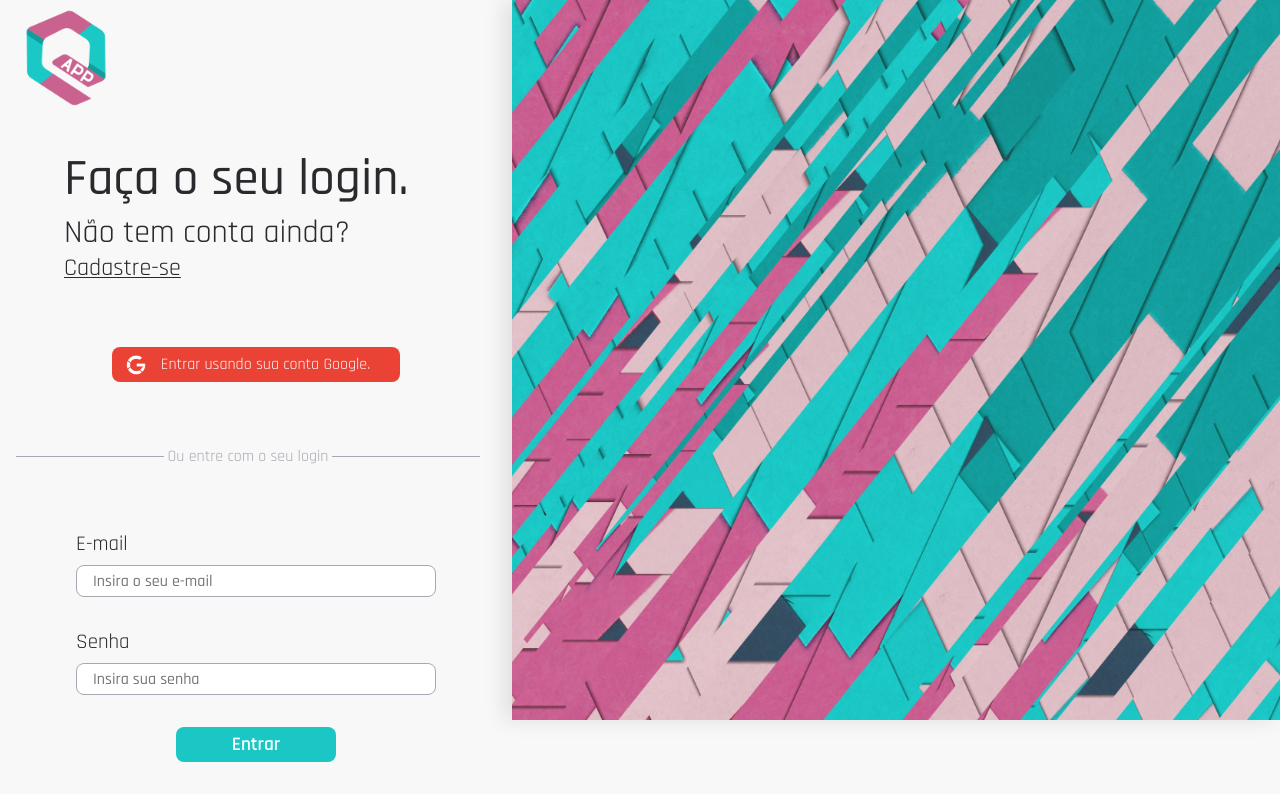
Repository: kika-cavalher/qapp-web
Page: /
These files come from the project's save history. The page is drawn as it stood at one moment and after the next save; the edit follows.
The browser window is 1280 px wide. The pictures show the whole page.
The page's requests for data from a server got no answer. The project was rebuilt for these pictures with package versions that can differ from the ones it lists, and the page was loaded fresh each time. No one was signed in, and anything a server would have sent is missing.

Above is the page before, as saved 2022-02-26 19:27:32.

### public/index.html
<!DOCTYPE html>
<html lang="en">
  <head>
    <meta charset="utf-8" />
    <meta name="viewport" content="width=device-width, initial-scale=1" />

    <link rel="preconnect" href="https://fonts.googleapis.com">
    <link rel="preconnect" href="https://fonts.gstatic.com" crossorigin>
    <link href="https://fonts.googleapis.com/css2?family=Rajdhani:wght@300;400;500;600;700&display=swap" rel="stylesheet">

    <title>QApp</title>
  </head>
  <body>
    <noscript>You need to enable JavaScript to run this app.</noscript>
    <div id="root"></div>
  </body>
</html>

### src/index.tsx
import React from 'react';
import ReactDOM from 'react-dom';
import App from './App';

import './styles/global/defaultStyles.scss';
import './services/firebase'


ReactDOM.render(
  <React.StrictMode>
    <App />
  </React.StrictMode>,
  document.getElementById('root')
);

### src/App.tsx
import { LoginPage } from "./pages/Login";

function App() {
  return (
   <LoginPage />
  );
}

export default App;

### src/styles/global/defaultStyles.scss
@import 'variables.scss';

* {
    margin: 0;
    padding: 0;
    box-sizing: border-box;
  }

  body {
    background: #f8f8f8;
    color: #29292e;
  }

  body, input, button, textarea {
    font: 400 16px 'Rajdhani', sans-serif;
  }

### src/services/firebase.ts
import { initializeApp } from "firebase/app";
import { getAuth } from "firebase/auth";
import { getFirestore } from 'firebase/firestore/lite';


const firebaseConfig = {
    apiKey: process.env.REACT_APP_API_KEY,
    authDomain: process.env.REACT_APP_AUTH_DOMAIN,
    databaseURL: process.env.REACT_APP_DATABASE_URL,
    projectId: process.env.REACT_APP_PROJECT_ID,
    storageBucket: process.env.REACT_APP_STORAGE_BUCKET,
    messagingSenderId: process.env.REACT_APP_MESSAGING_SENDER_ID,
    appId: process.env.REACT_APP_APP_ID
  };

const app = initializeApp(firebaseConfig);

export const auth = getAuth();
export const db = getFirestore(app);

### src/pages/Login.tsx
// import { Link } from 'react-router-dom'

import imgLogin from '../assets/images/imgLogin.jpg';
import logoQapp from '../assets/images/logoQapp.png';
import googleIconImg from '../assets/icon/googleIconImg.png';

import '../styles/pages/login.scss'

export function LoginPage() {
    return (
        <div id="page-login">
            <main>
                <div className='page-login--main__container'>
                    <div className='page-login--main__logo'>
                        <img id="img-logo" src={logoQapp} alt="Logo da empresa QApp" />
                    </div>
                    <div className='page-login--main__title'>
                        <h1>Faça o seu login.</h1>
                        <h2>Não tem conta ainda? </h2>
                        <p className='page-login--main__link-register'>
                        Cadastre-se
                        </p>
                        {/* <Link to="/">Cadastre-se</Link> */}
                    </div>
                    <div className='page-login--main__google'>
                        <button className='btn__google'>
                            <img id="img-icon__google" src={googleIconImg} alt="Logo da empresa QApp" />
                            <p>Entrar usando sua conta Google.</p>
                        </button>
                    </div>
                    <div className='page-login--main__divider'>
                        <div>Ou entre com o seu login</div>
                    </div>
                    <div className='page-login--main__login-forms'>
                        <form>
                            <div className='page-login--login-forms__name'>
                                <p>E-mail</p>
                                <input type="text" placeholder="Insira o seu e-mail"/>
                            </div>
                            <div className='page-login--login-forms__password'>
                                <p>Senha</p>
                                <input type="text" placeholder="Insira sua senha"/>
                            </div>
                            <div className='btn__send'>
                                <button type="submit">Entrar</button>
                            </div>
                        </form>
                    </div>
                </div>

                <div className='page-login--main__img'>
                    <img src={imgLogin} alt="Imagem decorativa na pagina" />
                </div>
            </main>
        </div>
    )
}

### src/styles/global/variables.scss
//cores
$white: #fff;
$white-offwhite: #f8f8f8;
$grey_border: #a8a8b3;
$dark-grey: #515158;


$turquoise: #1ac7c5;
$dark-greenish: #119d9c;
$dark-pink: #c86291;
$light-pink: #ddbcc3;

$red_google: #ea4335;

### src/styles/pages/login.scss
@import '../global/variables.scss';

#page-login {
    display: flex;
    height: 100vh;
    background: $white-offwhite;
}

main{
    display: flex;
    flex-direction: row;
}

.page-login--main__container {
    width: 40vw;
    display: flex;
    flex-direction: column;
    padding: 0 1rem;
}

.page-login--main__logo {

    #img-logo {
    width: 100px;
    margin-top: 0.5rem;
    }
}

.page-login--main__title {
    display: flex;
    flex-direction: column;
    margin: 2rem 3rem;

    h1 {
        font-size: 3.2rem;
        font-weight: 500;
    }

    h2 {
        font-size: 2rem;
        font-weight: 400;
    }

    .page-login--main__link-register {
        font-size: 1.5rem;
        font-weight: 400;
        text-decoration: underline 1px;
        text-underline-position: from-font;
        }
}

.page-login--main__google {
    display: flex;
    margin: 2rem 0;
    align-self: center;
    width: 18rem;

    .btn__google {
        display: flex;
        flex-direction: row;
        width: 100%;
        height: 35px;
        align-items: center;
        background: $red_google;
        color: $white-offwhite;
        border-radius: 8px;
        cursor: pointer;
        border: 0;
        transition: filter 0.2s;

        #img-icon__google {
            width: 20px;
            margin: 0 5%;
        }
    }
}

.page-login--main__divider {
    font-size: 1rem;
    color: $grey_border;

    margin: 2rem 1rem 2rem 0;
    display: flex;
    align-items: center;

    &::before {
      content: '';
      flex: 1;
      height: 1px;
      background: $grey_border;
      margin-right: 0.2rem;
    }

    &::after {
      content: '';
      flex: 1;
      height: 1px;
      background: $grey_border;
      margin-left: 0.2rem;
    }
}

.page-login--main__login-forms {
    width: 100%;
    display: flex;
    justify-content: center;

    form {
        display: flex;
        flex-direction: column;
        align-items: center;
        margin: 2rem 0;
        width: 75%;
        max-width: 25rem;

        p {
            font-size: 1.3rem
        }

        input {
            width: 100%;
            height: 2rem;
            border-radius: 8px;
            padding: 0 16px;
            background: $white;
            border: 1px solid $grey_border;
            margin: 0.5rem 0;
            color: $dark-grey;
            font-weight: 500;
            outline: none;

            &:hover {
                border: 2px solid $dark-greenish;
            }

            &:focus-visible {
                border: 2px solid $dark-greenish;
            }
        }
    }
}

.page-login--login-forms__name{
    width: 100%;
}

.page-login--login-forms__password{
    margin: 1.5rem 0;
    width: 100%;
}

.btn__send {

    button {
    display: flex;
    flex-direction: row;
    width: 10rem;
    height: 35px;
    align-items: center;
    background: $turquoise;
    color: $white;
    border-radius: 8px;
    cursor: pointer;
    border: 0;
    font-weight: 600;
    font-size: 1.2rem;
    justify-content: center;
    }
}


.page-login--main__img {

    img {
    height: 100vh;
    width: 60vw;
    box-shadow: -8px 0px 20px rgba(0, 0, 0, 0.1);
    }
}

After the next save:
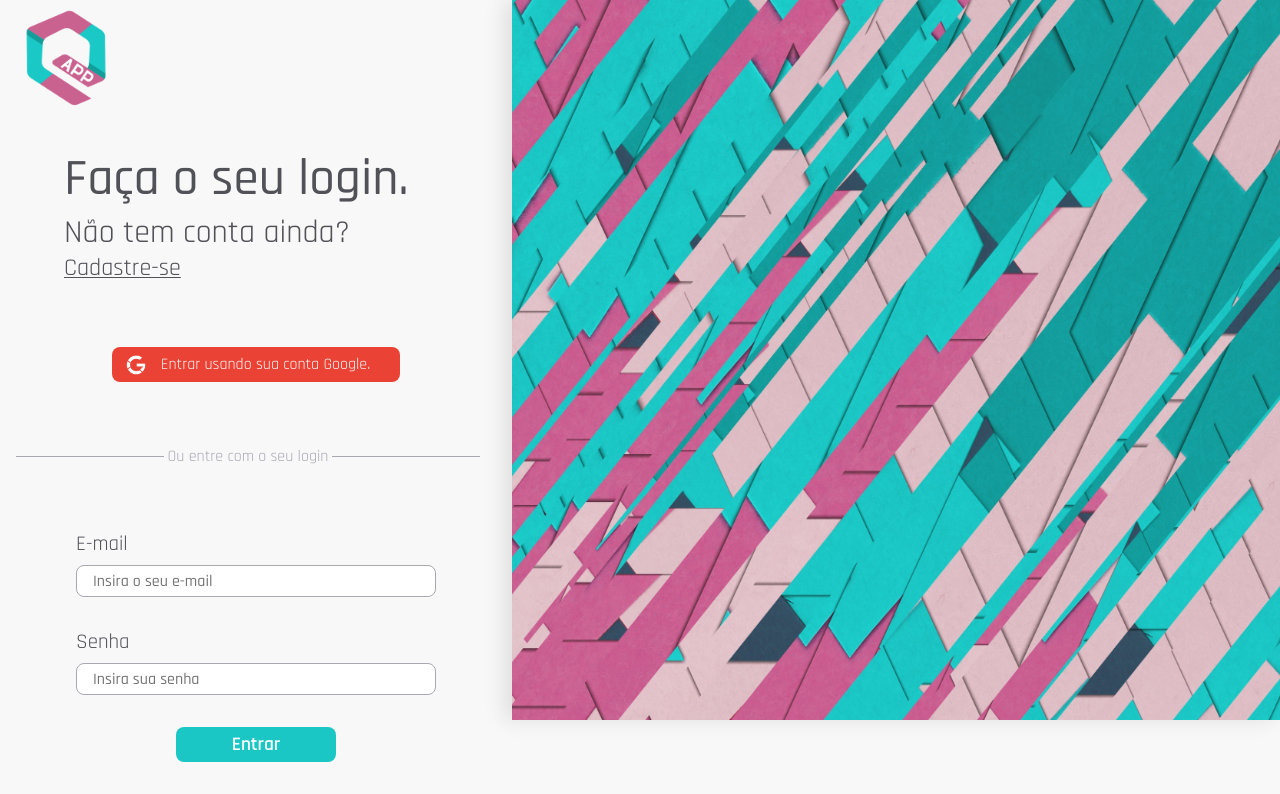
Saved 32 s later.
--- a/src/styles/global/defaultStyles.scss
+++ b/src/styles/global/defaultStyles.scss
@@ -7,8 +7,8 @@
   }
 
   body {
-    background: #f8f8f8;
-    color: #29292e;
+    background: $white-offwhite;
+    color: $dark-grey;
   }
 
   body, input, button, textarea {
